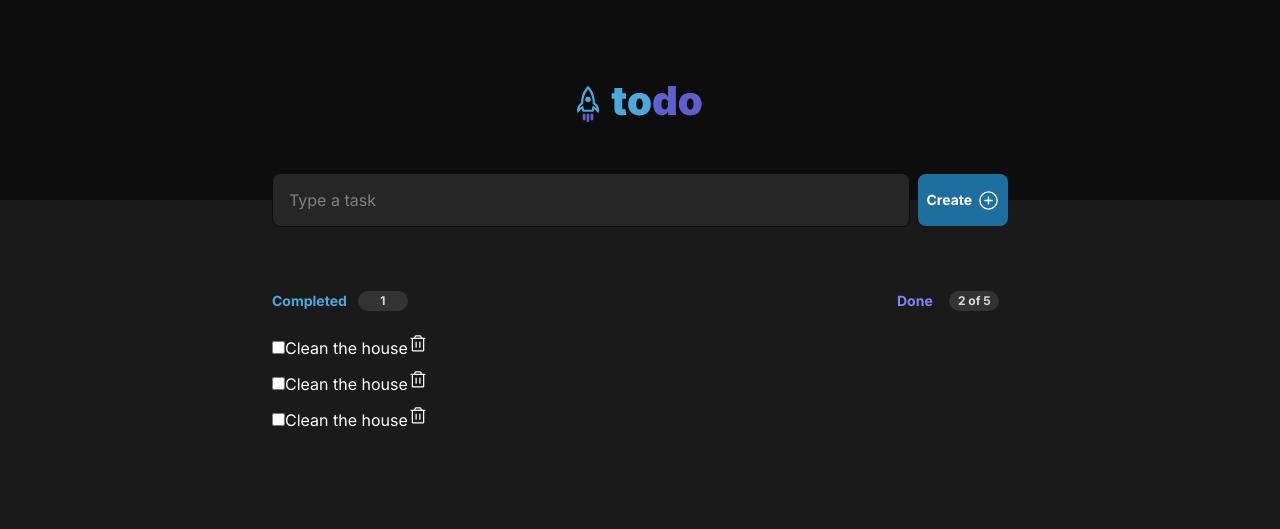
Repository: JoseGu1llardi/to-do-list-D01
Page: /
The author's editor kept a copy of each file at every save. The page is drawn from the files as they stood at one save, then again after the next save.
The browser window is 1280 px wide. The pictures show the whole page.
The project was rebuilt for these pictures with package versions that can differ from the ones it lists, and the page was loaded fresh each time. Also part of the build but not shown: vite.config.ts, src/components/Task/styles.module.css.

Above is the page before, as saved 2023-03-11 21:12:31.

After the next save:
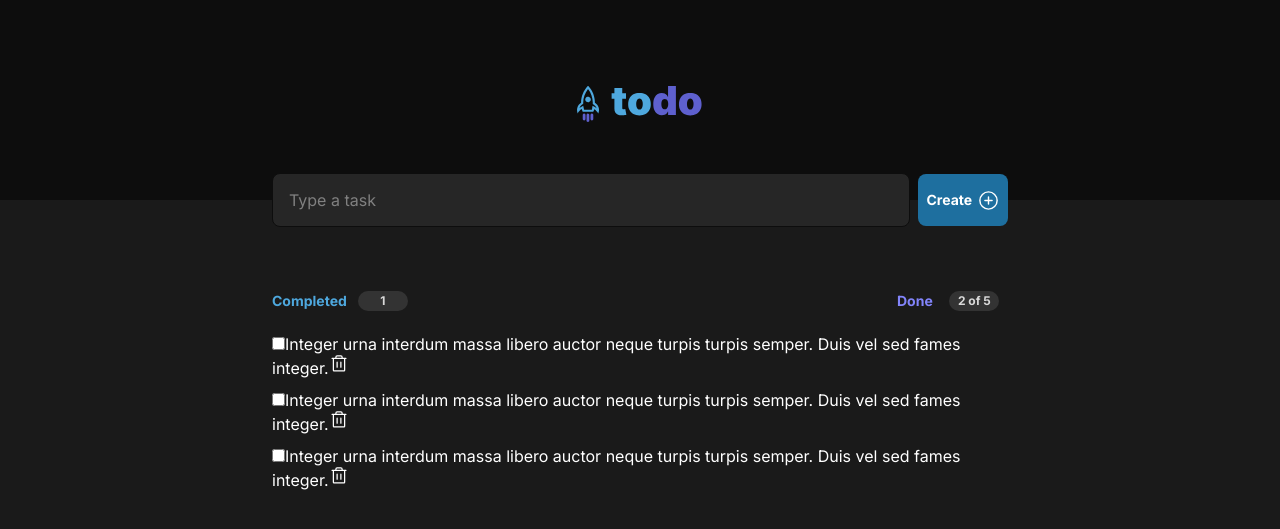
Saved 43 s later.
--- a/src/components/Task/index.tsx
+++ b/src/components/Task/index.tsx
@@ -6,7 +6,7 @@ export function Task() {
     return (
         <section className={styles.task}>
             <input type="checkbox" />
-            <span>Clean the house</span>
+            <span>Integer urna interdum massa libero auctor neque turpis turpis semper. Duis vel sed fames integer.</span>
             <Trash size={20} />
         </section>
     )
